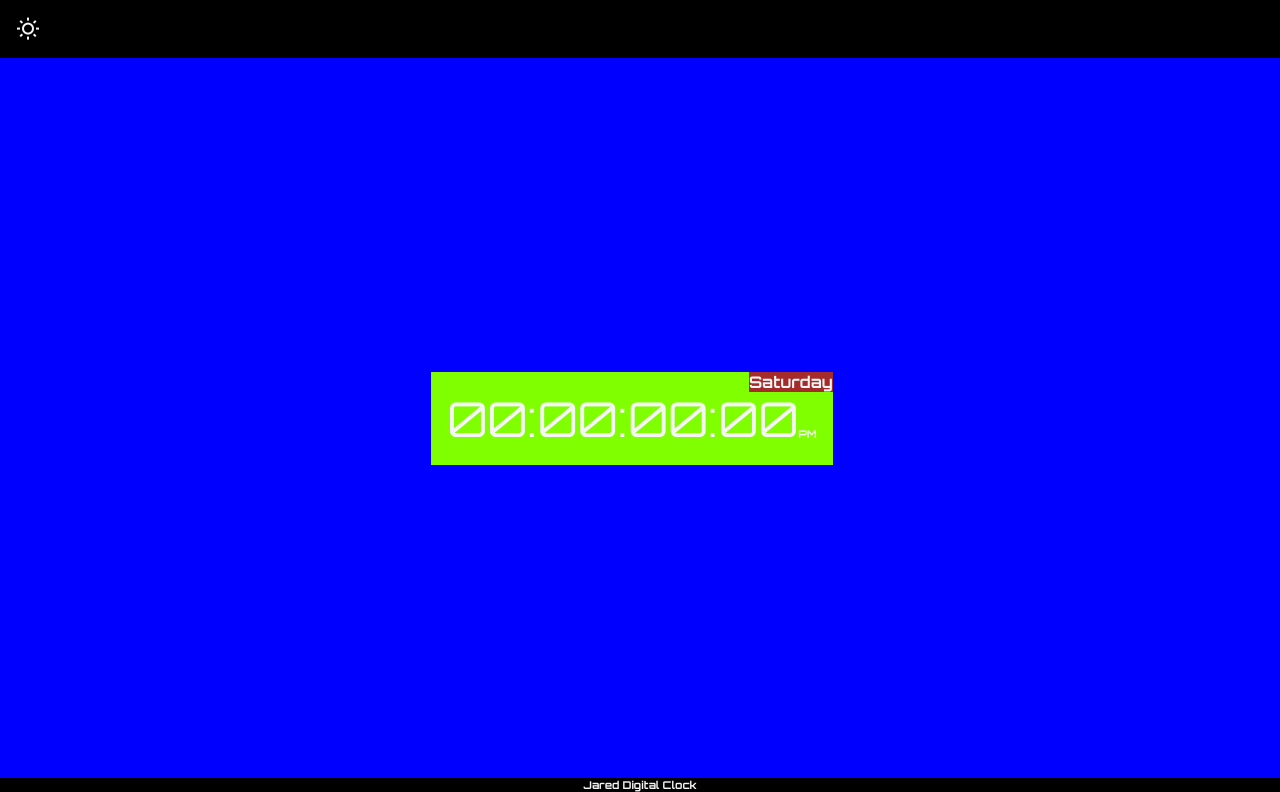
Repository: EguJaredoBoyd/Jared-Digital-Clock
Page: index.html
These files come from the project's save history. The page is drawn as it stood at one moment and after the next save; the edit follows.
The browser window is 1280 px wide. The pictures show the whole page.
Some web libraries are served in a nearby version.

Above is the page before, as saved 2026-01-04 22:35:18.

After the next save:
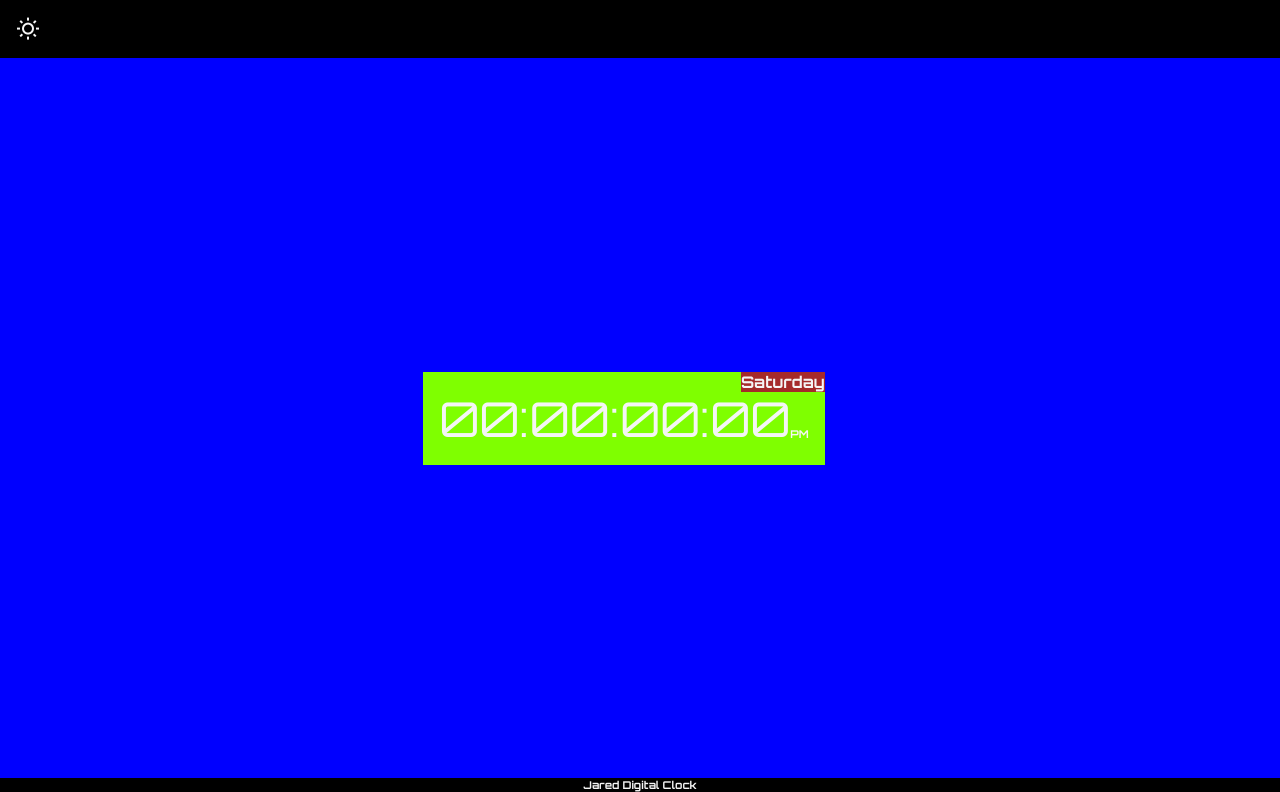
Saved 17 s later.
--- a/css/styles.css
+++ b/css/styles.css
@@ -81,7 +81,7 @@ header button i {
   display: flex;
   max-width: 100%;
   padding: 1rem;
-  margin-right: 1rem;
+  margin-right: 2rem;
   max-width: 100%;
   background-color: chartreuse;
   position: relative;
